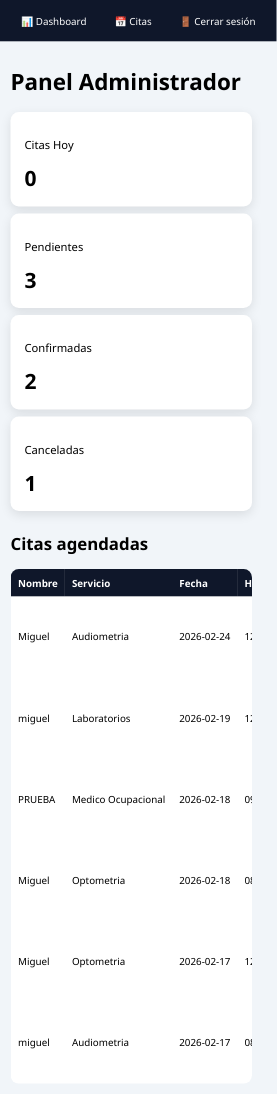
Repository: Miguelperdomo/Biocenter
Page: http://localhost/public_html/PHP/panel.php
These files come from the project's save history. The page is drawn as it stood at one moment and after the next save; the edit follows.
The browser window is 375 px wide. The page is 395 px wide, so the pictures cover 395 px, including what lies to the right of the window. The pictures show the part of the page from y = 0 to 2240 px (the page is 1563 px tall before and 2665 px after), at 70% of full size.
The page is run by PHP 8.4 with error messages shown; the project is at /var/www/html/. The session is filled in as if someone had signed in: {"admin": {"id": 1, "usuario": "admin", "email": "perdomomiguel2004@gmail.com"}}. Other server files are loaded and not shown. The database holds what the project's SQL file puts in it.

Above is the page before, as saved 2026-02-17 14:29:36.

### PHP/panel.php
<?php
session_start();
require "../conection/conexion.php";

if(!isset($_SESSION['admin'])){
    header("Location: ../login.php");
    exit();
}

/* CONTADORES */
$hoy = date("Y-m-d");

$citasHoy = $conn->query("SELECT COUNT(*) total FROM citas WHERE fecha='$hoy'")->fetch_assoc()['total'];
$pendientes = $conn->query("SELECT COUNT(*) total FROM citas WHERE estado='Pendiente'")->fetch_assoc()['total'];
$confirmadas = $conn->query("SELECT COUNT(*) total FROM citas WHERE estado='Confirmada'")->fetch_assoc()['total'];
$canceladas = $conn->query("SELECT COUNT(*) total FROM citas WHERE estado='Cancelada'")->fetch_assoc()['total'];

/* LISTAR CITAS */
$citas = $conn->query("SELECT * FROM citas ORDER BY fecha DESC, hora DESC");
?>

<!DOCTYPE html>
<html lang="es">
<head>
<meta charset="UTF-8">
<meta name="viewport" content="width=device-width, initial-scale=1.0">
<title>Panel Admin</title>

<style>
body{margin:0;font-family:'Segoe UI';display:flex;background:#f1f5f9;}
.sidebar{width:230px;background:#0f172a;height:100vh;color:white;padding:20px;}
.sidebar a{display:block;color:white;text-decoration:none;padding:12px;margin:10px 0;border-radius:6px;}
.sidebar a:hover{background:#2563eb;}
.main{flex:1;padding:30px;}

.cards{display:grid;grid-template-columns:repeat(auto-fit,minmax(200px,1fr));gap:20px;margin-bottom:30px;}
.card{background:white;padding:20px;border-radius:12px;box-shadow:0 5px 15px rgba(0,0,0,.1);}
.card h3{margin:0;font-size:30px;}

table{width:100%;border-collapse:collapse;background:white;border-radius:12px;overflow:hidden;}
th,td{padding:12px;text-align:left;}
th{background:#0f172a;color:white;}

.estado{
    padding:6px 10px;
    border-radius:20px;
    color:white;
    font-size:12px;
}
.pendiente{background:#f59e0b;}
.confirmada{background:#22c55e;}
.cancelada{background:#ef4444;}

.btn{padding:6px 10px;border:none;border-radius:6px;color:white;cursor:pointer;}
.accept{background:#22c55e;}
.cancel{background:#ef4444;}
.delete{background:#64748b;}


/* ================= RESPONSIVE PANEL ================= */

@media(max-width: 900px){

    body{
        flex-direction:column;
    }

    .sidebar{
        width:100%;
        height:auto;
        display:flex;
        justify-content:space-around;
        align-items:center;
        padding:10px;
    }

    .sidebar h2{
        display:none;
    }

    .sidebar a{
        margin:0;
        font-size:14px;
        padding:10px;
    }

    .main{
        padding:15px;
    }

    .cards{
        grid-template-columns:1fr 1fr;
        gap:10px;
    }

}

/* ================= TABLA RESPONSIVE ================= */

@media(max-width:700px){

    .cards{
        grid-template-columns:1fr;
    }

    table{
        display:block;
        overflow-x:auto;
        white-space:nowrap;
    }

    th,td{
        font-size:14px;
        padding:10px;
    }

}

/* ================= BOTONES MOVIL ================= */

@media(max-width:500px){

    .btn{
        display:block;
        width:100%;
        margin-bottom:5px;
    }

}

</style>
</head>

<body>

<div class="sidebar">
<h2>Biocenter</h2>
<a href="#">📊 Dashboard</a>
<a href="#">📅 Citas</a>
<a href="logout.php">🚪 Cerrar sesión</a>
</div>

<div class="main">

<h1>Panel Administrador</h1>

<!-- CONTADORES -->
<div class="cards">
<div class="card"><p>Citas Hoy</p><h3><?=$citasHoy?></h3></div>
<div class="card"><p>Pendientes</p><h3><?=$pendientes?></h3></div>
<div class="card"><p>Confirmadas</p><h3><?=$confirmadas?></h3></div>
<div class="card"><p>Canceladas</p><h3><?=$canceladas?></h3></div>
</div>

<h2>Citas agendadas</h2>

<table>
<tr>
<th>Nombre</th>
<th>Servicio</th>
<th>Fecha</th>
<th>Hora</th>
<th>Estado</th>
<th>Acciones</th>
</tr>

<?php while($row=$citas->fetch_assoc()): ?>

<tr>
<td><?=$row['nombre_completo']?></td>
<td><?=$row['tipo_servicio']?></td>
<td><?=$row['fecha']?></td>
<td><?=$row['hora']?></td>

<td>
<span class="estado
<?=
$row['estado']=="Pendiente"?"pendiente":
($row['estado']=="Confirmada"?"confirmada":"cancelada")
?>">
<?=$row['estado']?>
</span>
</td>

<td>

<form action="PHP/accion_cita.php" method="POST" style="display:inline;">
<input type="hidden" name="id" value="<?=$row['id']?>">
<input type="hidden" name="accion" value="confirmar">
<button class="btn accept">Aceptar</button>
</form>

<form action="PHP/accion_cita.php" method="POST" style="display:inline;">
<input type="hidden" name="id" value="<?=$row['id']?>">
<input type="hidden" name="accion" value="cancelar">
<button class="btn cancel">Cancelar</button>
</form>

<form action="PHP/accion_cita.php" method="POST" style="display:inline;">
<input type="hidden" name="id" value="<?=$row['id']?>">
<input type="hidden" name="accion" value="eliminar">
<button class="btn delete">Eliminar</button>
</form>

</td>

</tr>

<?php endwhile; ?>

</table>

</div>
</body>
</html>

### conection/conexion.php
<?php
$host="localhost";
$user="root";
$pass="";
$db="biocenter";

$conn=new mysqli($host,$user,$pass,$db);

if($conn->connect_error){
    die("Error de conexión");
}
?>

### biocenter (2).sql (the tables this page reads)
CREATE TABLE `citas` (
  `id` int(11) NOT NULL,
  `nombre_completo` varchar(150) NOT NULL,
  `email` varchar(120) NOT NULL,
  `telefono` varchar(20) NOT NULL,
  `tipo_servicio` enum('Medico Ocupacional','Optometria','Audiometria','Laboratorios') NOT NULL,
  `tipo_usuario` enum('Persona Natural','Empresa') NOT NULL,
  `fecha` date NOT NULL,
  `hora` time NOT NULL,
  `estado` enum('Pendiente','Confirmada','Cancelada') DEFAULT 'Pendiente',
  `fecha_registro` timestamp NOT NULL DEFAULT current_timestamp(),
  `observaciones` text DEFAULT NULL
) ENGINE=InnoDB DEFAULT CHARSET=utf8mb4 COLLATE=utf8mb4_general_ci;

INSERT INTO `citas` (`id`, `nombre_completo`, `email`, `telefono`, `tipo_servicio`, `tipo_usuario`, `fecha`, `hora`, `estado`, `fecha_registro`, `observaciones`) VALUES
(1, 'Miguel', 'sistemas@gamil.com', '3160539301', 'Optometria', 'Persona Natural', '2026-02-18', '08:00:00', 'Pendiente', '2026-02-17 17:58:15', 'Pruebaaa'),
(2, 'PRUEBA', 'thebugscompile@gmail.com', '3133854821', 'Medico Ocupacional', 'Empresa', '2026-02-18', '09:00:00', 'Confirmada', '2026-02-17 18:01:56', 'Purba'),
(3, 'miguel', 'biocentersaludocupacional@gmail.com', '3123591195', 'Laboratorios', 'Empresa', '2026-02-19', '12:00:00', 'Cancelada', '2026-02-17 18:03:08', 'sdfafaswdfasdf'),
(4, 'Miguel', 'thebugscompile@gmail.com', '3160539301', 'Optometria', 'Empresa', '2026-02-17', '12:00:00', 'Pendiente', '2026-02-17 18:10:38', 'sdds'),
(5, 'miguel', 'biocentersaludocupacional@gmail.com', '3133854821', 'Audiometria', 'Empresa', '2026-02-17', '08:00:00', 'Pendiente', '2026-02-17 18:13:50', 'VJF'),
(6, 'Miguel', 'thebugscompile@gmail.com', '3133854821', 'Audiometria', 'Empresa', '2026-02-24', '12:00:00', 'Confirmada', '2026-02-17 18:19:38', 'prueba');

ALTER TABLE `citas`
  ADD PRIMARY KEY (`id`);

ALTER TABLE `citas`
  MODIFY `id` int(11) NOT NULL AUTO_INCREMENT, AUTO_INCREMENT=8;

After the next save:
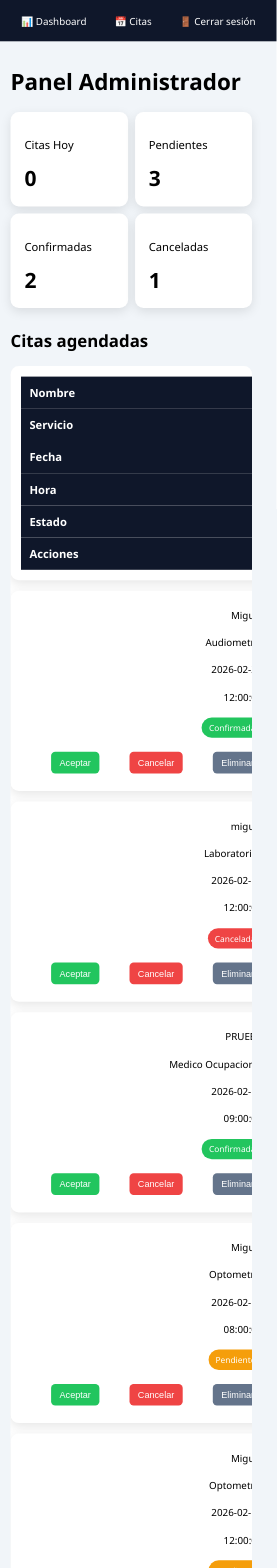
Saved 3 min 18 s later.
--- a/PHP/panel.php
+++ b/PHP/panel.php
@@ -94,39 +94,49 @@
     }
 
 }
-
-/* ================= TABLA RESPONSIVE ================= */
-
-@media(max-width:700px){
-
-    .cards{
-        grid-template-columns:1fr;
-    }
-
-    table{
-        display:block;
-        overflow-x:auto;
-        white-space:nowrap;
-    }
-
-    th,td{
-        font-size:14px;
-        padding:10px;
-    }
-
-}
-
-/* ================= BOTONES MOVIL ================= */
-
-@media(max-width:500px){
-
-    .btn{
-        display:block;
-        width:100%;
-        margin-bottom:5px;
-    }
-
-}
+/* ================= RESPONSIVE TABLA ================= */
+
+@media (max-width: 768px){
+
+table, thead, tbody, th, td, tr{
+    display:block;
+    width:100%;
+}
+
+thead{
+    display:none;
+}
+
+tr{
+    background:white;
+    margin-bottom:15px;
+    border-radius:12px;
+    box-shadow:0 5px 15px rgba(0,0,0,.1);
+    padding:15px;
+}
+
+td{
+    border:none;
+    padding:10px 0;
+    display:flex;
+    justify-content:space-between;
+    align-items:center;
+    font-size:14px;
+}
+
+td::before{
+    content: attr(data-label);
+    font-weight:bold;
+    color:#0f172a;
+}
+
+.btn{
+    padding:8px 12px;
+    font-size:13px;
+}
+
+}
+
 
 </style>
 </head>

After the save that followed:
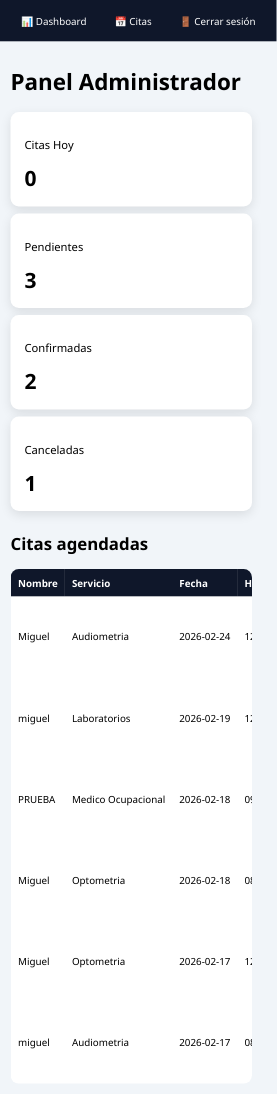
Saved 16 s later.
--- a/PHP/panel.php
+++ b/PHP/panel.php
@@ -94,49 +94,39 @@
     }
 
 }
-/* ================= RESPONSIVE TABLA ================= */
-
-@media (max-width: 768px){
-
-table, thead, tbody, th, td, tr{
-    display:block;
-    width:100%;
-}
-
-thead{
-    display:none;
-}
-
-tr{
-    background:white;
-    margin-bottom:15px;
-    border-radius:12px;
-    box-shadow:0 5px 15px rgba(0,0,0,.1);
-    padding:15px;
-}
-
-td{
-    border:none;
-    padding:10px 0;
-    display:flex;
-    justify-content:space-between;
-    align-items:center;
-    font-size:14px;
-}
-
-td::before{
-    content: attr(data-label);
-    font-weight:bold;
-    color:#0f172a;
-}
-
-.btn{
-    padding:8px 12px;
-    font-size:13px;
-}
-
-}
-
+
+/* ================= TABLA RESPONSIVE ================= */
+
+@media(max-width:700px){
+
+    .cards{
+        grid-template-columns:1fr;
+    }
+
+    table{
+        display:block;
+        overflow-x:auto;
+        white-space:nowrap;
+    }
+
+    th,td{
+        font-size:14px;
+        padding:10px;
+    }
+
+}
+
+/* ================= BOTONES MOVIL ================= */
+
+@media(max-width:500px){
+
+    .btn{
+        display:block;
+        width:100%;
+        margin-bottom:5px;
+    }
+
+}
 
 </style>
 </head>
